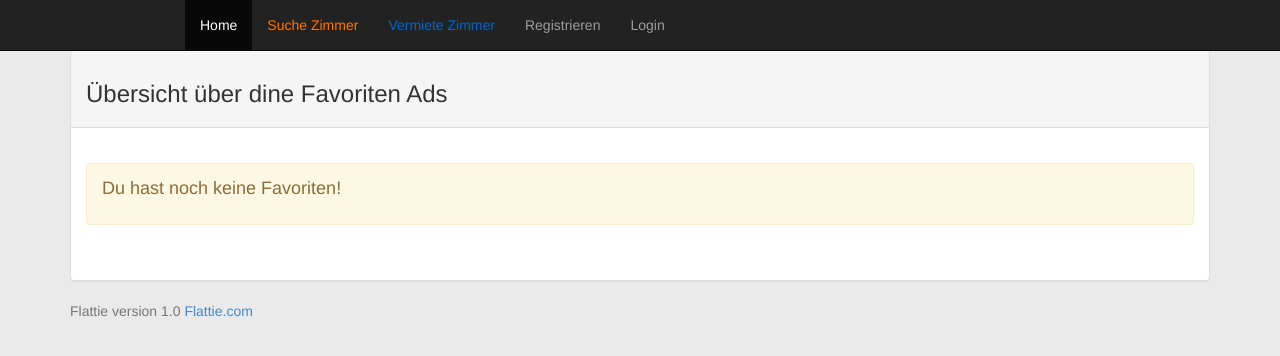
Repository: ese-unibe-ch/ese2014-team2
Page: http://localhost/Skeleton/pages/bookmarks.jsp
These files come from the project's save history. The page is drawn as it stood at one moment and after a run of saves; the edit follows.
The browser window is 1280 px wide. The pictures show the whole page.
Some web libraries are served in a nearby version. The page is served by Tomcat 9. Nobody is signed in. The application's start-up code is not run. The template is opened directly, without the code that normally fills it, so the values that code supplies are empty.

Above is the page before, as saved 2014-12-09 13:07:31.

After the next 2 saves:
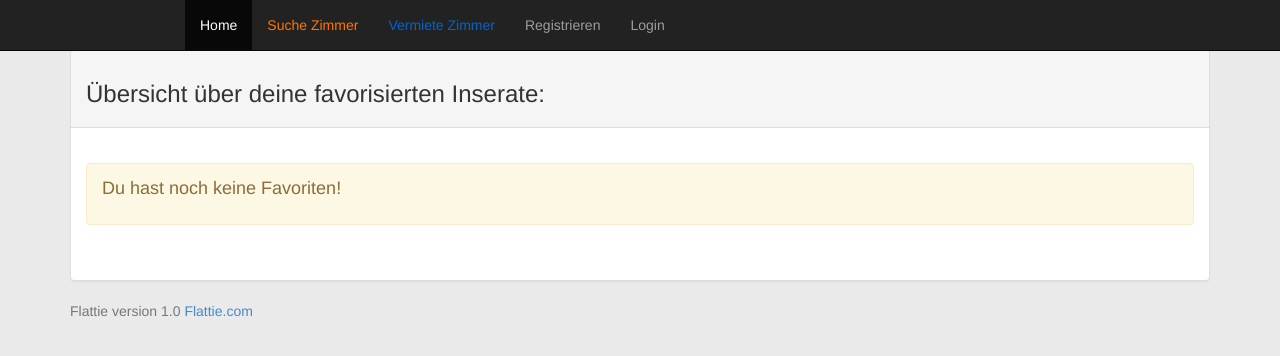
The 2 saves are shown as one change because they came seconds apart.
The last was saved 43 s later.
--- a/Skeleton/src/main/webapp/pages/bookmarks.jsp
+++ b/Skeleton/src/main/webapp/pages/bookmarks.jsp
@@ -10,7 +10,7 @@
 <div class="panel panel-default">
 	<!-- Default panel contents -->
 	<div class="panel-heading">
-		<h3>Übersicht über dine Favoriten Ads</h3>
+		<h3>Übersicht über deine favorisierten Inserate:</h3>
 	</div>
 	<div class="panel-body">
 
